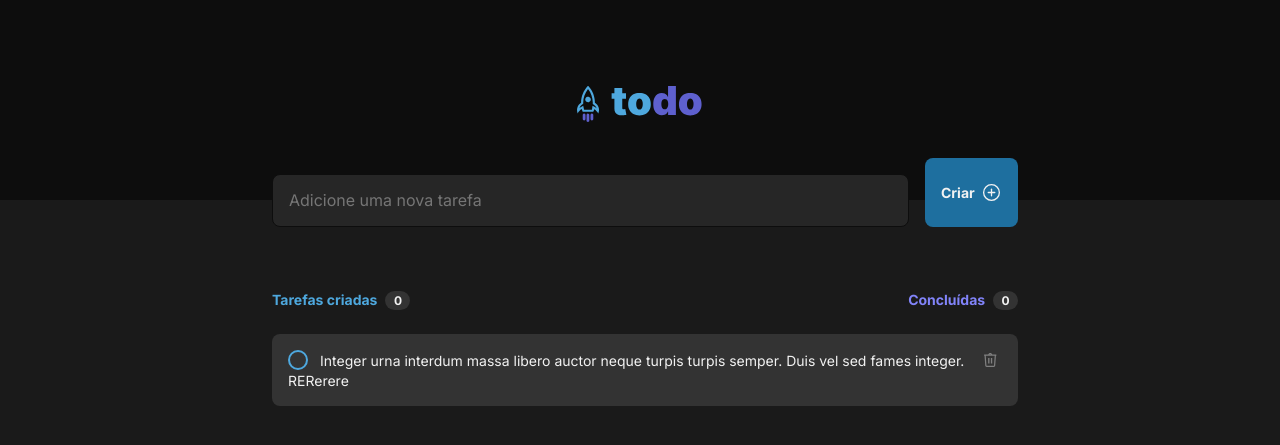
Repository: viniimartins/ToDoListROCKETSEAT
Page: /
These files come from the project's save history. The page is drawn as it stood at one moment and after the next save; the edit follows.
The browser window is 1280 px wide. The pictures show the whole page.
The project was rebuilt for these pictures with package versions that can differ from the ones it lists, and the page was loaded fresh each time. Also part of the build but not shown: vite.config.ts.

Above is the page before, as saved 2023-05-08 14:34:45.

After the next save:
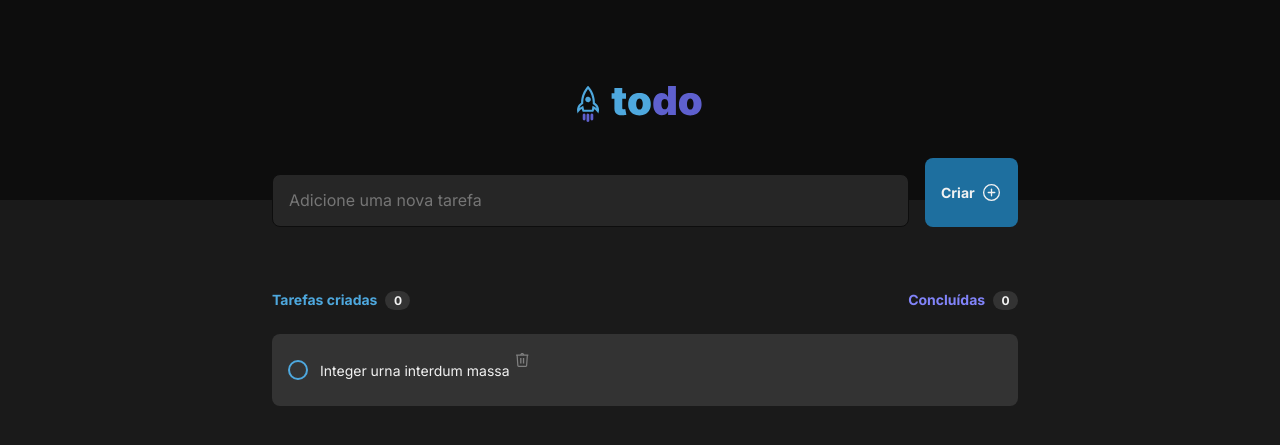
Saved 24 s later.
--- a/src/Components/TaskCreated.tsx
+++ b/src/Components/TaskCreated.tsx
@@ -19,8 +19,7 @@ export function TaskCreated({ label }: Props) {
         <input type="checkbox" checked={checked} onChange={handleChange} />
         <span className={styles.checkmark}></span>
         <span className={styles.label}>
-          Integer urna interdum massa libero auctor neque turpis turpis semper.
-          Duis vel sed fames integer. RERerere
+          Integer urna interdum massa
         </span>
       </label>
 
